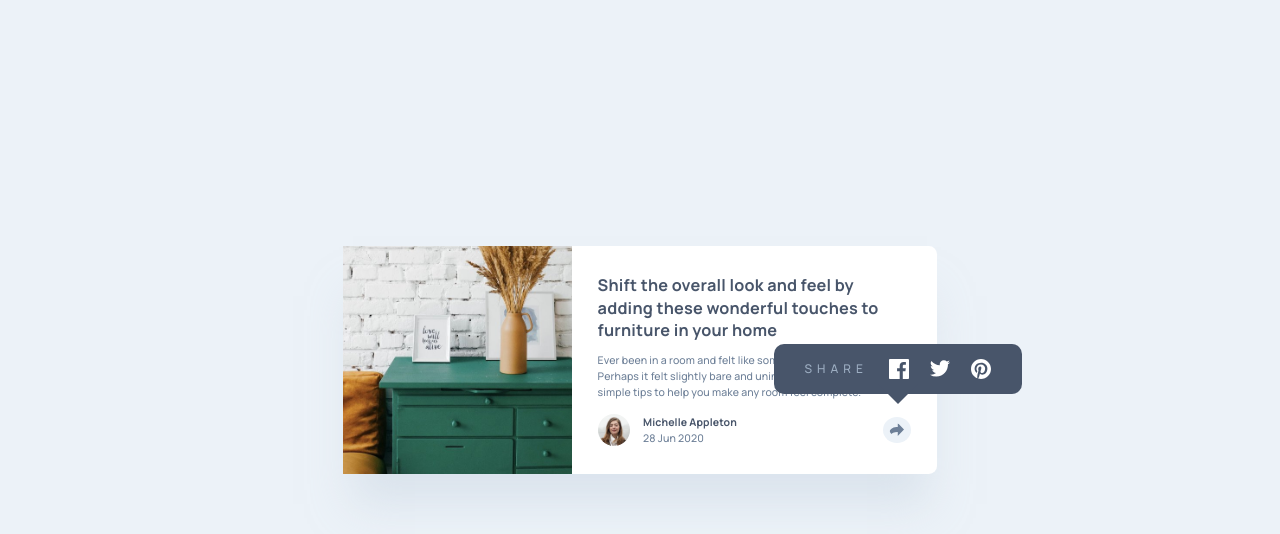
Repository: brandontaylor1/article-preview-component
Page: index.html
These files come from the project's save history. The page is drawn as it stood at one moment and after the next save; the edit follows.
The browser window is 1280 px wide. The pictures show the whole page.

Above is the page before, as saved 2025-01-15 16:56:41.

### index.html
<!DOCTYPE html>
<html lang="en">
<head>
    <meta charset="UTF-8">
    <meta name="viewport" content="width=device-width, initial-scale=1.0">
    <link rel="preconnect" href="https://fonts.googleapis.com">
    <link rel="preconnect" href="https://fonts.gstatic.com" crossorigin>
    <link href="https://fonts.googleapis.com/css2?family=Manrope:wght@200..800&display=swap" rel="stylesheet">
    <link rel="stylesheet" href="styles.css">
    <title>Article Preview Component</title>
</head>
<body>

    <div class="container">
        <main class="component">
            <div class="img-container">

            </div>
            <div class="component-content">
                <h2>Shift the overall look and feel by adding these wonderful touches to furniture in your home</h2>
                <p class="subheading">Ever been in a room and felt like something was missing? Perhaps it felt slightly bare and uninviting. I’ve got some simple tips to help you make any room feel complete.</p>
                    <div class="social-box">
                        <div class="social-info">
                            <img src="./assets/images/avatar-michelle.jpg" alt="Picture of User Michelle">
                            <div class="social-info-text">
                                <p>Michelle Appleton</p>
                                <p>28 Jun 2020</p>
                            </div>
                        </div>
                    <img src="./assets/images/icon-share.svg" class="share-btn" alt="Share Icon">

                    <div class="share-box">
                        <div class="share-box-details">
                            <p>SHARE</p>
                            <img src="./assets/images/icon-facebook.svg" alt="Facebook Icon">
                            <img src="./assets/images/icon-twitter.svg" alt="Twitter Icon">
                            <img src="./assets/images/icon-pinterest.svg" alt="Pinterest Icon">
                        </div>
                        <div class="triangle-down"></div>
                    </div>
                </div>
            </div>
        </main>
    </div>

    <script src="index.js"></script>
</body>
</html>

### styles.css
* {
    margin: 0;
    padding: 0;
    box-sizing: border-box;
}

:root {
    /* COLORS */
    --dark-grayish-blue: hsl(217, 19%, 35%);
    --desaturated-dark-blue: hsl(214, 17%, 51%, 1);
    --grayish-blue: hsl(212, 23%, 69%);
    --light-grayish-blue: hsl(210, 46%, 95%);
}

html {
    font-size: 13px;
}

body {
    font-family: 'Nunito', sans-serif;
    background-color: var(--light-grayish-blue);
}

/* UTILITY CLASS */
.active {
    background-color: var(--grayish-blue);
    color: white;
}

.active-btn {
    display: flex;
}

.container {
    height: 100vh;
    display: flex;
    justify-content: center;
    align-items: center;

}

.component {
    width: 45.625rem;
    height: 17.5rem;
    display: flex;
    align-items: center;
    justify-content: space-between;
    border-radius: 0.625rem;
    background: #FFF;
    box-shadow: 0px 40px 40px -10px rgba(201, 213, 225, 0.50);
    position: relative;
}

.img-container {
    width: 21.87rem;
    height: 100%;
    display: flex;
    justify-content: center;
    align-items: center;
    background-image: url('./assets/images/drawers.jpg');
    background-size: cover;
    background-position: left;
    background-repeat: no-repeat;
}

.component-content {
    width: 34rem;
    padding: 2rem;
}

.component-content h2 {
    color: #48556A;
    font-family: Manrope;
    font-size: 1.25rem;
    font-style: normal;
    font-weight: 700;
    line-height: 1.75rem; /* 140% */
    letter-spacing: 0.01563rem;
    width: 100%;
}

.component-content p {
    color: #6E8098;
    font-family: Manrope;
    font-size: 0.8125rem;
    font-style: normal;
    font-weight: 500;
    line-height: 1.25rem; /* 153.846% */
    letter-spacing: 0.00763rem;
}

.subheading {
    margin-top: .75rem;
    color: #6E8098;
    font-family: Manrope;
    font-size: 0.8125rem;
    font-style: normal;
    font-weight: 500;
    line-height: 1.25rem; /* 153.846% */
    letter-spacing: 0.00763rem;
}

.social-box {
    display: flex;
    justify-content: space-between;
    align-items: center;
    width: 100%;
    margin-top: 1rem;
}

.social-info {
    display: flex;
    align-items: center;
    justify-content: center;

}

.social-info img {
    width: 2.5rem;
    height: 2.5rem;
    border-radius: 50%;
    margin-right: 1rem;
}

.social-info-text {
    display: flex;
    align-items: flex-start;
    justify-content: center;
    flex-direction: column;
}

.social-info-text p:nth-child(1){
    font-weight: 700;
    color: var(--dark-grayish-blue);

}

.share-btn {
    padding: .5rem;
    background: var(--light-grayish-blue);
    color: #FFF;
    border-radius: 50%;
    cursor: pointer;
    position: relative;
}

.share-btn:hover {
    background-color: var(--light-grayish-blue);
    color: var(--desaturated-dark-blue);
}

.share-box {
    /* display: none !important; */
    display: flex;
    height: 50px;
    width: 248px;
    background-color: #48556A;
    position: absolute;
    bottom: 80px;
    right: -85px;
    align-items: center;
    justify-content: center;
    border-radius: 10px;
}


.share-box-details {
    color: #9DAEC2;
    font-family: "Manrope", sans-serif;
    font-size: 13px;
    font-style: normal;
    font-weight: 500;
    line-height: 20px; /* 153.846% */
    letter-spacing: 5px;
    display: flex;
    align-items: center;
    justify-content: space-between;
    width: 75%;
    z-index: 1;
}

.share-box-details p  {
    color: #9DAEC2;
    font-family: Manrope;
    font-size: 12px;
    font-style: normal;
    font-weight: 500;
    line-height: 20px; /* 153.846% */
    letter-spacing: 5px;
}

.triangle-down {
    width: 0;
    height: 0;
    border-left: 20px solid transparent;
    border-right: 20px solid transparent;
    border-top: 20px solid #48556A;
    position: absolute;
    bottom: -10px;
    z-index: 0;

}

/* Media Queries */
@media screen and (max-width: 626px) {
    .component {
        flex-direction: column;
        height: 32rem;
        width: 20rem;
    }

    .img-container {
        width: 100%;
        height: 50%;
    }

    .component-content {
        width: 100%;
        padding: 1.5rem;

    }

    .component-content h2 {
        color: #48556A;
        font-family: Manrope;
        font-size: 1rem;
        font-style: normal;
        font-weight: 700;
        line-height: 1.5rem; /* 150% */
        letter-spacing: 0.0125rem;
    }

    .component-content p {
        color: #6E8098;
        font-family: Manrope;
        font-size: 0.8125rem;
        font-style: normal;
        font-weight: 500;
        line-height: 1.25rem; /* 153.846% */
        letter-spacing: 0.00763rem;
    }

    .social-box {
        margin-top: 2rem;
    }
}

### index.js
const shareBtn = document.querySelector('.share-btn')
const shareBox = document.querySelector('.share-box')

shareBtn.addEventListener('click', () => {
    shareBox.style.display = 'block'
})

After the next save:
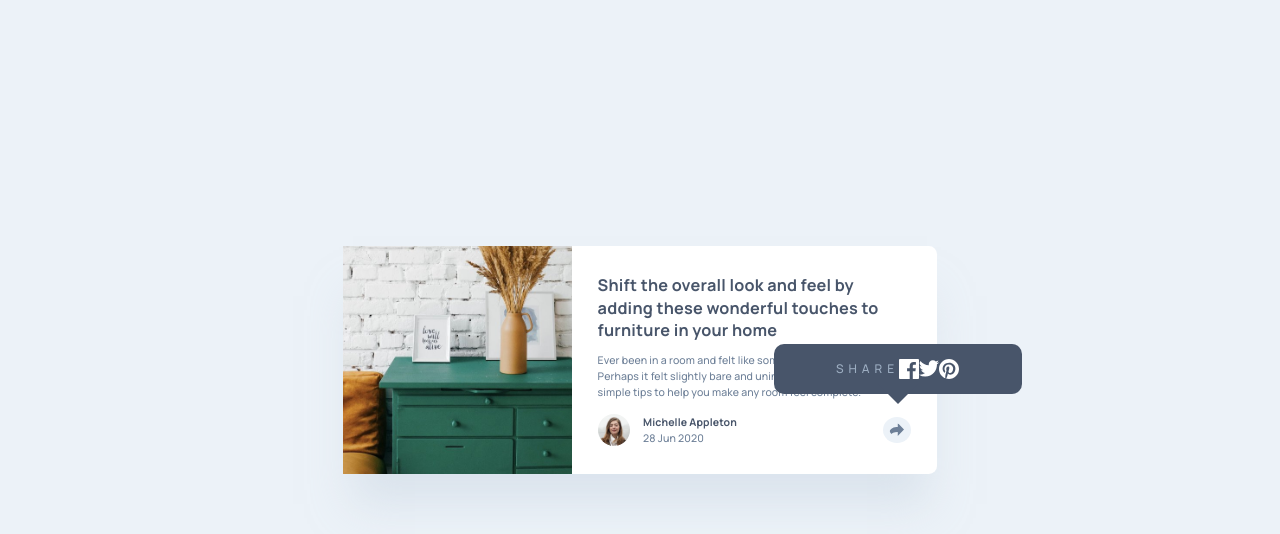
Saved 116 s later.
--- a/styles.css
+++ b/styles.css
@@ -174,7 +174,7 @@
     letter-spacing: 5px;
     display: flex;
     align-items: center;
-    justify-content: space-between;
+    justify-content: center;
     width: 75%;
     z-index: 1;
 }

After the save that followed:
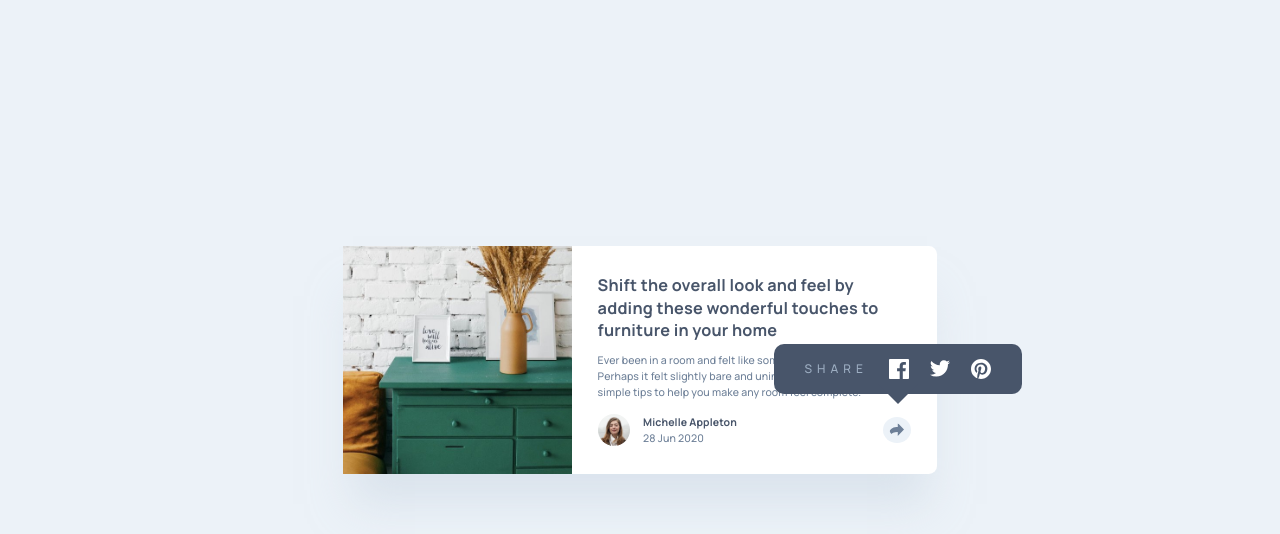
Saved 6 s later.
--- a/styles.css
+++ b/styles.css
@@ -174,7 +174,7 @@
     letter-spacing: 5px;
     display: flex;
     align-items: center;
-    justify-content: center;
+    justify-content: space-between;
     width: 75%;
     z-index: 1;
 }
